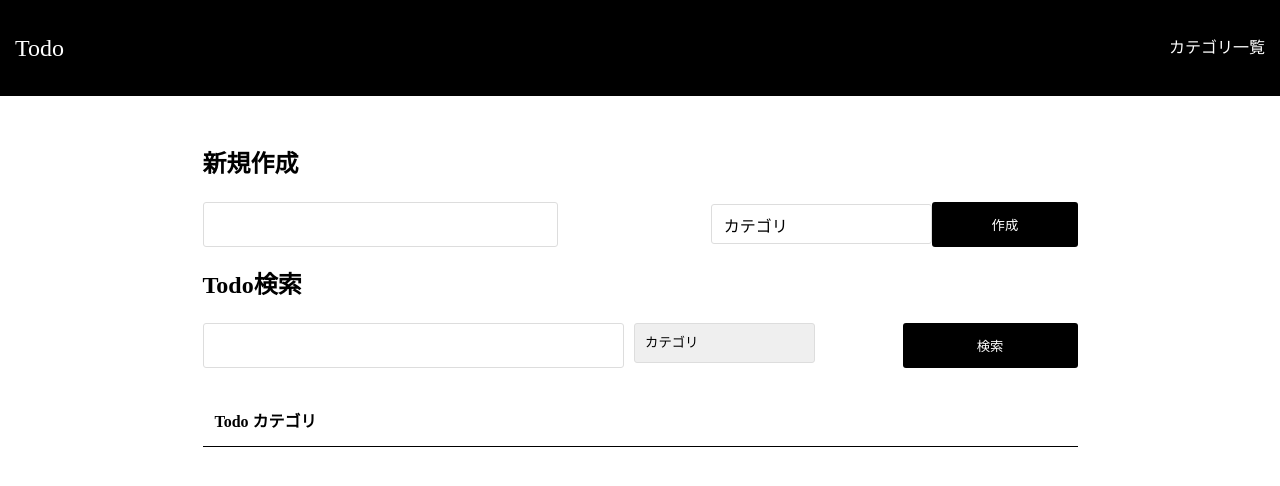
Repository: mayu-ya/todo4
Page: http://localhost/
These files come from the project's save history. The page is drawn as it stood at one moment and after the next save; the edit follows.
The browser window is 1280 px wide. The pictures show the whole page.
The page is served by the project's Laravel application, run on PHP 8.4 with Laravel 8. Queries for data that is not in the repository find no rows.

Above is the page before, as saved 2026-01-13 16:16:14.

After the next save:
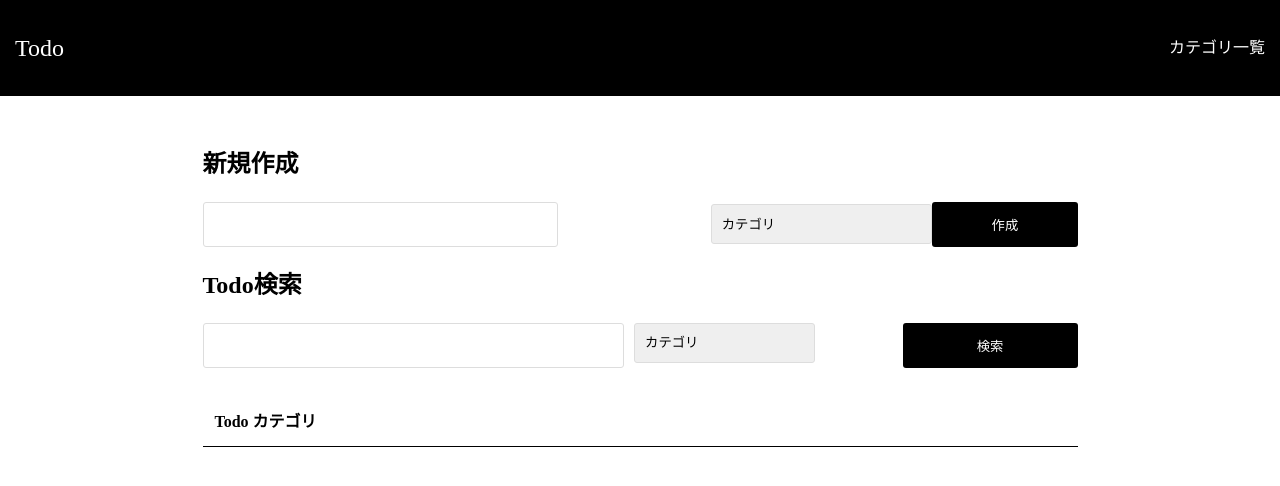
Saved 5 h 37 min later.
--- a/src/resources/views/index.blade.php
+++ b/src/resources/views/index.blade.php
@@ -31,9 +31,9 @@
         <div class="create-form-todo">
             <input class=create-form-todo_input type="text" name="content" value="{{ old('content') }}">
         </div>
-        <section class="create-form_item-select">
+        <select class="create-form_item-select">
             <option value="">カテゴリ</option>
-        </section>
+        </select>
         <div class="create-form_button">
             <button class="create-form_button-submit" type="submit">作成</button>
         </div>
